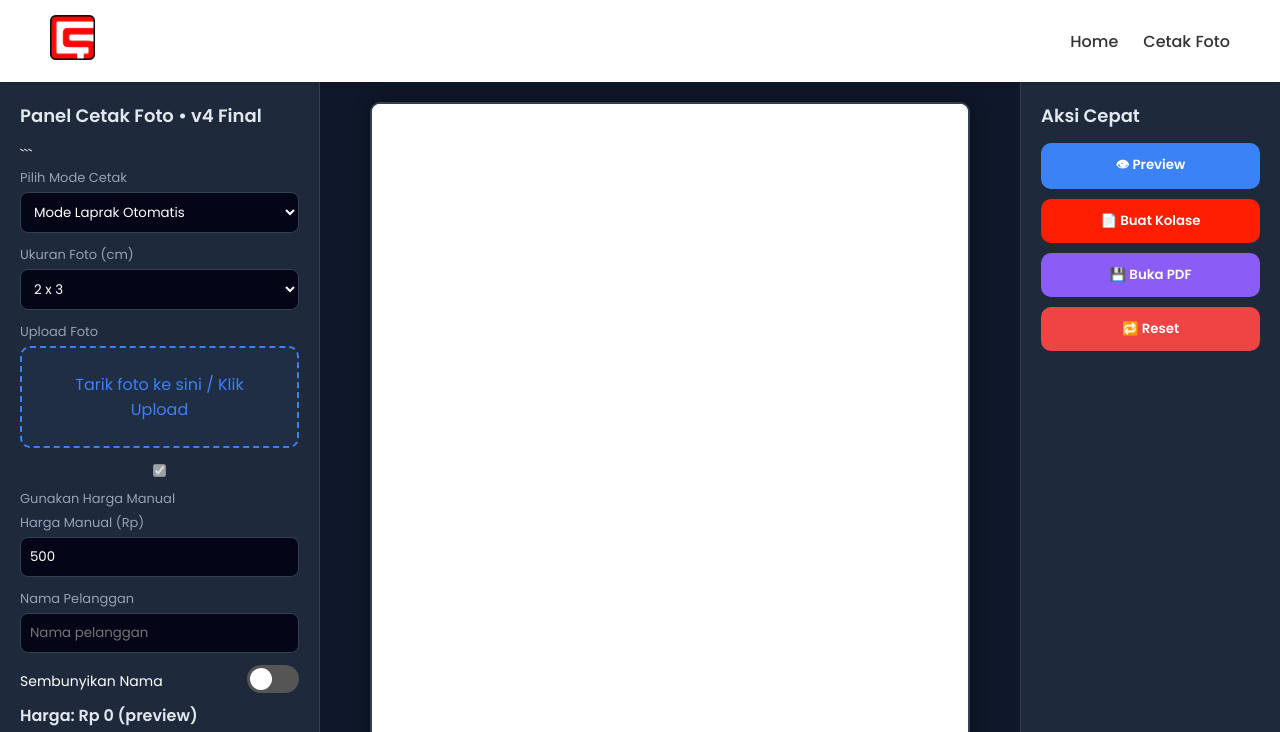
Repository: procinema22/hiisedulurfc
Page: cetakfoto.html
The author's editor kept a copy of each file at every save. The page is drawn from the files as they stood at one save, then again after the next save.
The browser window is 1280 px wide. The pictures show the whole page.
An inner scrolling area shows only its first screen.

Above is the page before, as saved 2026-04-27 22:12:58.

After the next save:
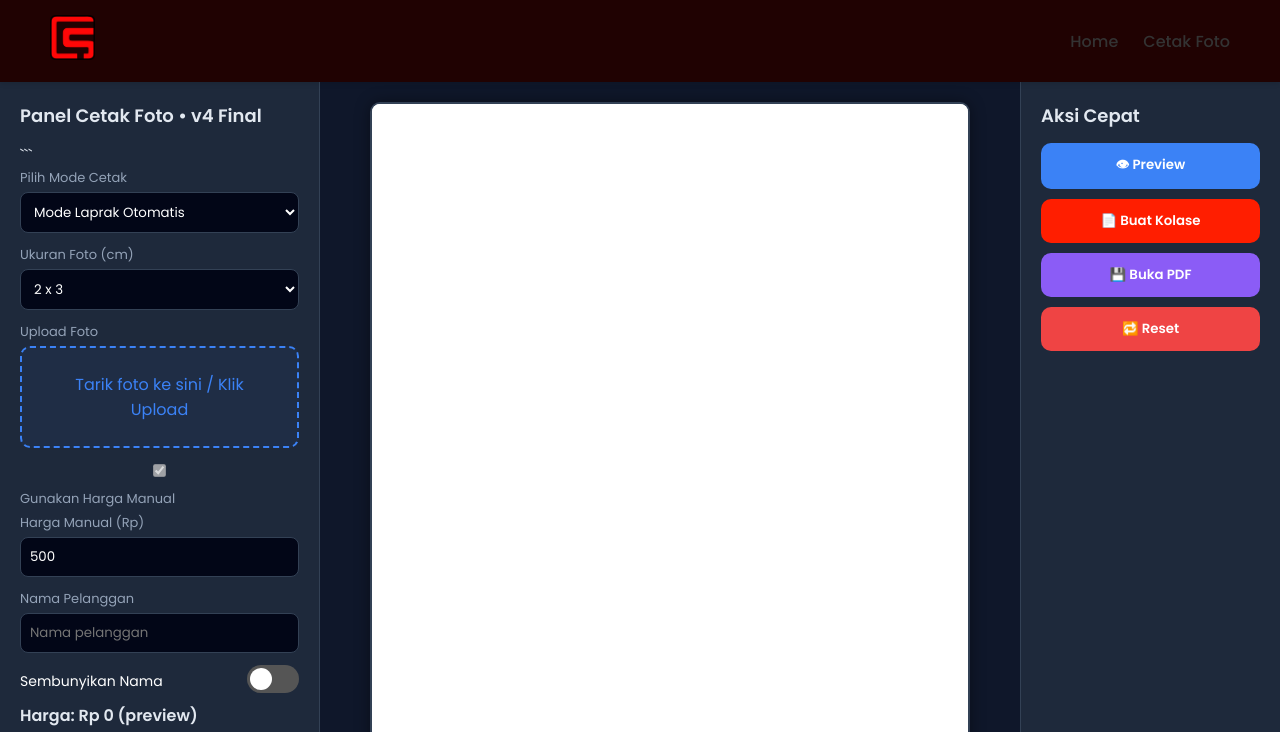
Saved 17 s later.
--- a/css/cetak.css
+++ b/css/cetak.css
@@ -33,7 +33,7 @@ header {
   align-items: center;
   justify-content: space-between;
   padding: 15px 50px;
-  background-color: #fff;
+  background-color: #200202;
   box-shadow: 0 2px 5px rgba(0,0,0,0.1);
   position: sticky;
   top: 0;
